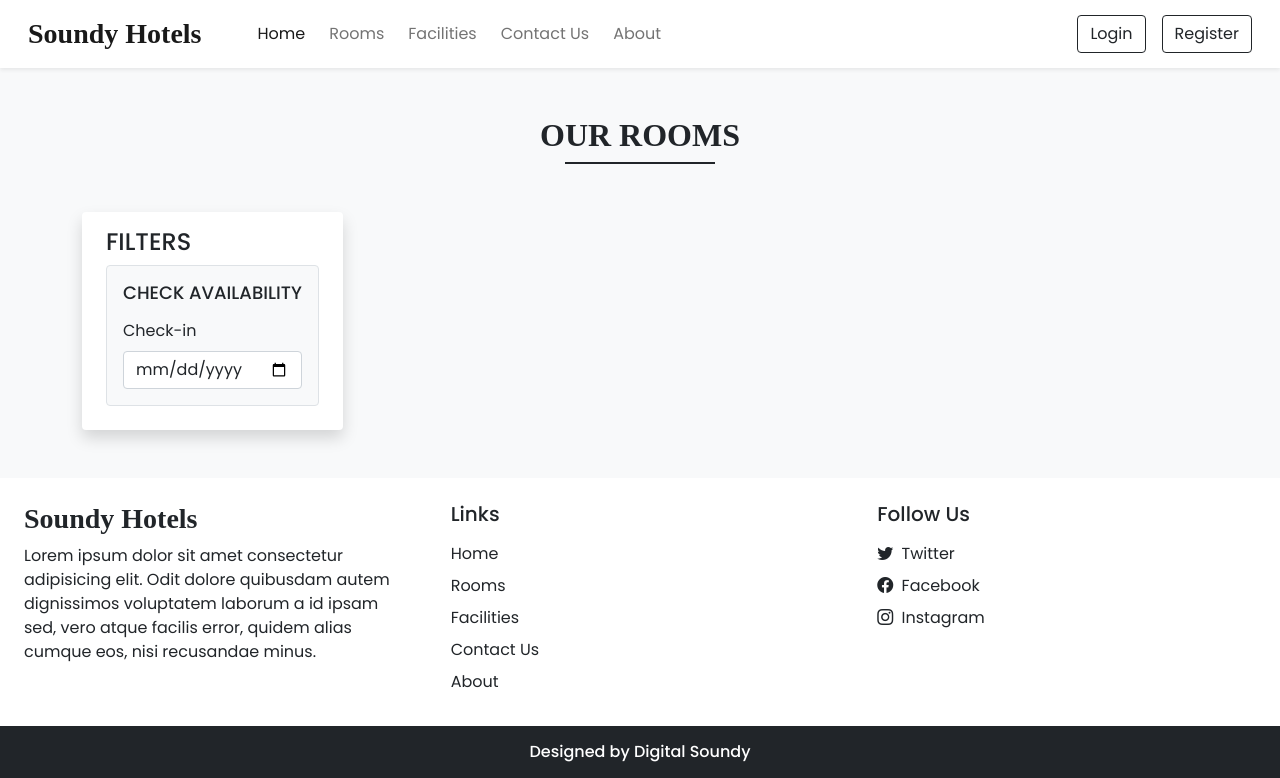
Repository: spencersoundy/Hotel-Booking-App
Page: http://localhost/rooms.php
The author's editor kept a copy of each file at every save. The page is drawn from the files as they stood at one save, then again after a run of saves.
The browser window is 1280 px wide. The pictures show the whole page.
Some web fonts or font styles are not loaded; a fallback is used. The page is run by PHP 8.4 with error messages shown; the project is at /var/www/html/.

Above is the page before, as saved 2023-08-05 00:38:11.

After the next 2 saves:
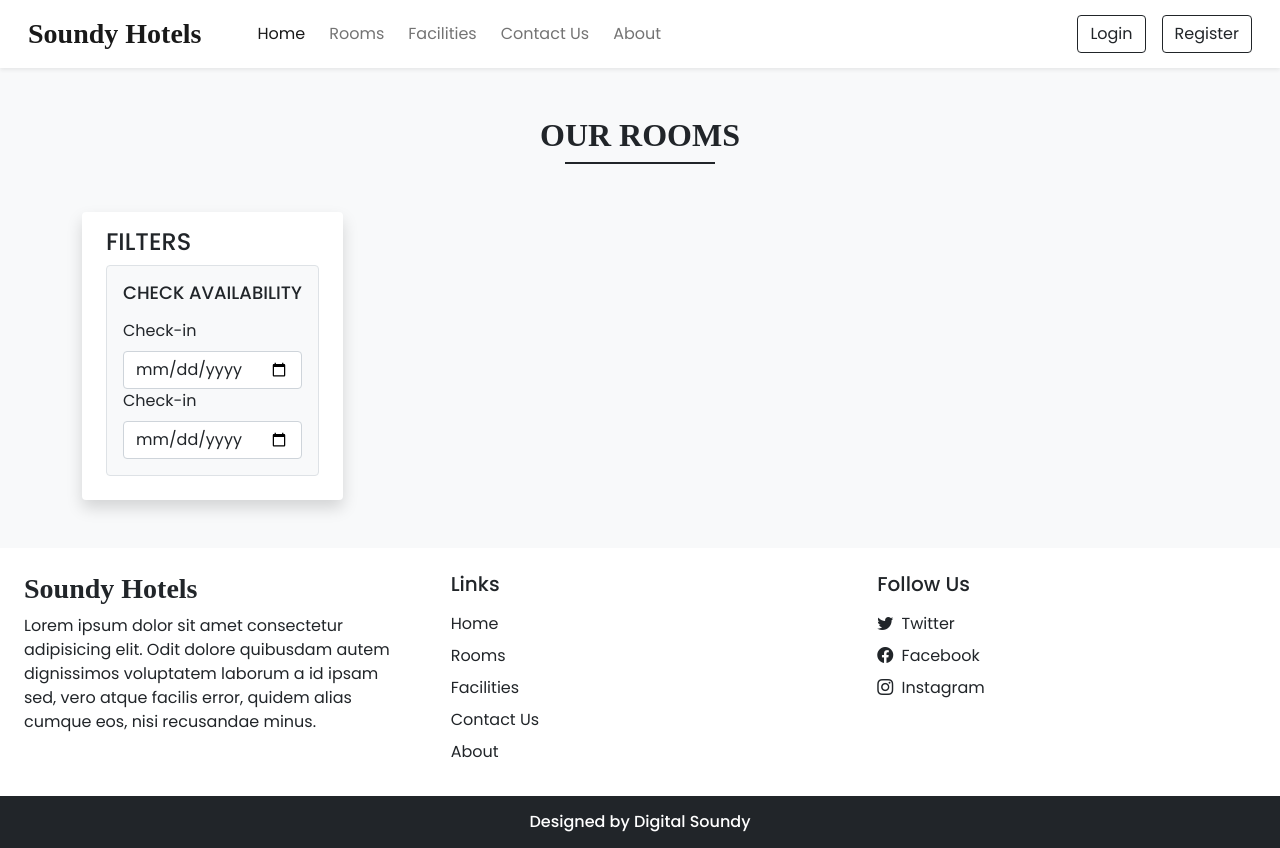
The 2 saves are shown as one change because they came seconds apart.
The last was saved 29 s later.
--- a/rooms.php
+++ b/rooms.php
@@ -31,6 +31,8 @@
                         <h5 class="mb-3" style="font-size: 18px;">CHECK AVAILABILITY</h5>
                         <label class="form-label">Check-in</label>
                         <input type="date" class="form-control shadow-none">
+                        <label class="form-label">Check-in</label>
+                        <input type="date" class="form-control shadow-none">
                     </div>
                 </div>
             </div>
